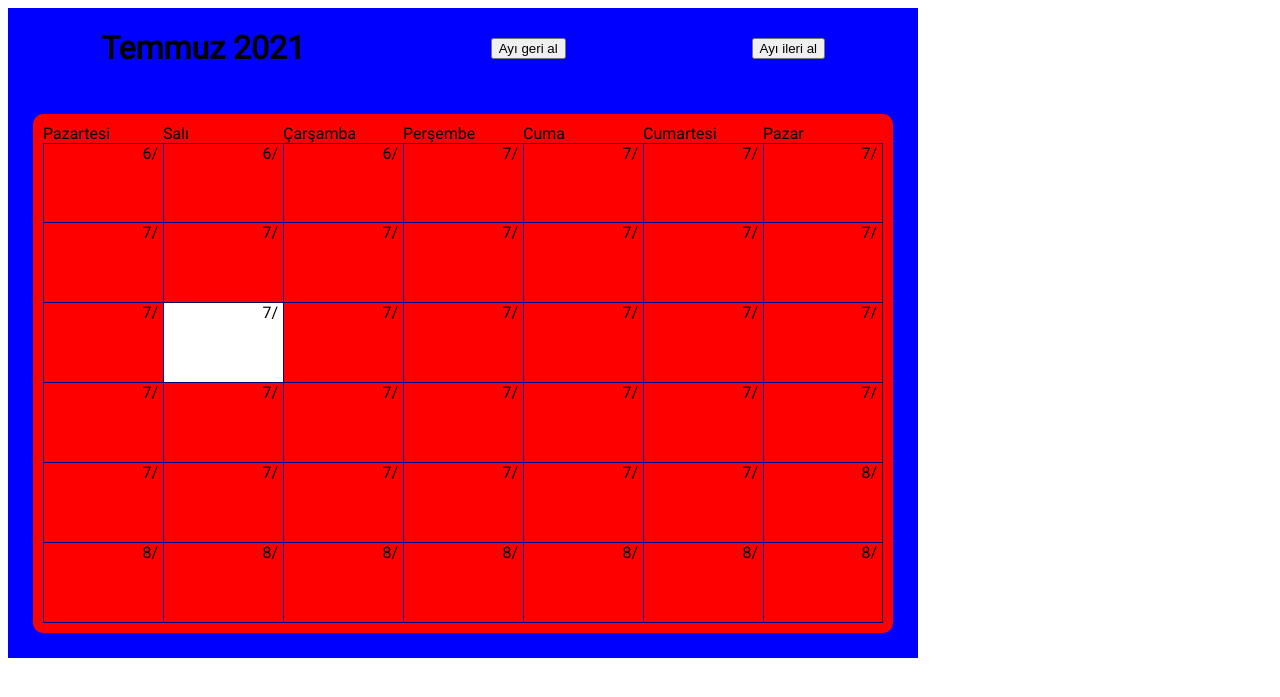
Repository: ahmetbugraozcan/javascript-calendar
Page: tablo.html
An editor plug-in stored every save of this project. The page is shown before and after the next save, followed by the edit.
The browser window is 1280 px wide. The pictures show the whole page.

Above is the page before, as saved 2021-07-13 12:04:36.

After the next save:
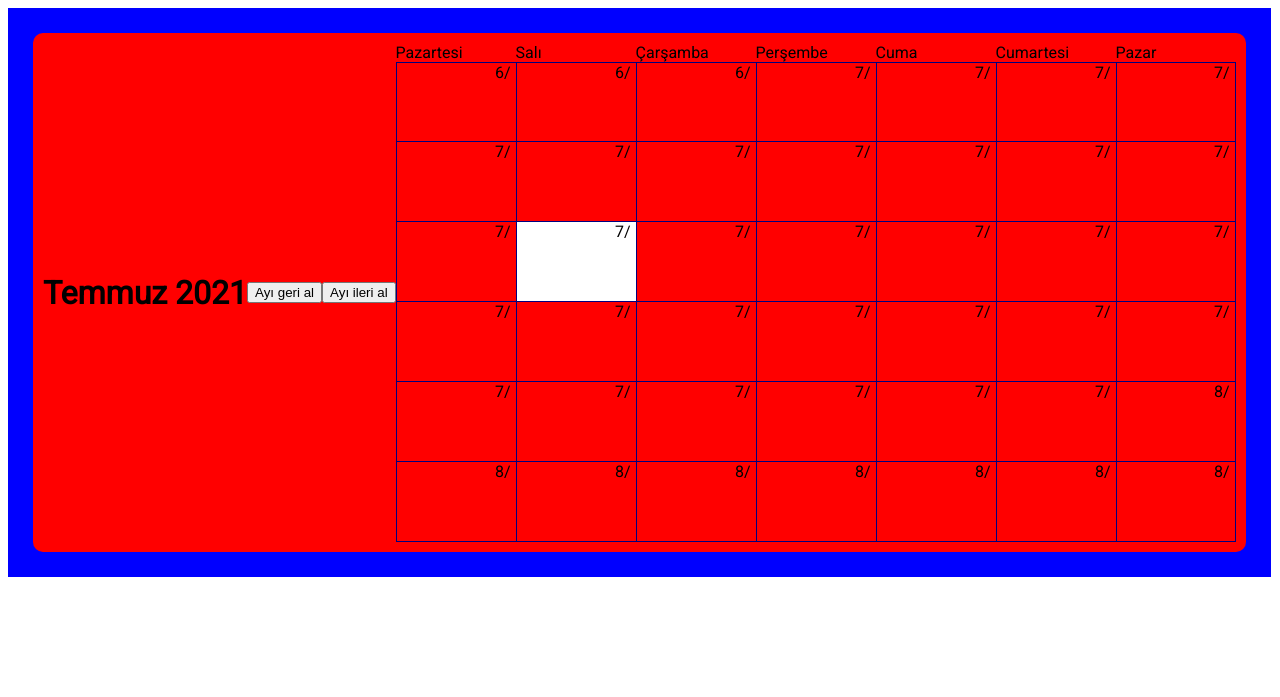
Saved 28 s later.
--- a/tablo.html
+++ b/tablo.html
@@ -76,12 +76,13 @@
 
     <div class="container">
 
-        <div class="test">
-            <h1 id="currentDate"></h1>
-            <span><button type="button" onclick="previousDate()">Ayı geri al</button></span>
-            <span><button type="button" onclick="nextDate()">Ayı ileri al</button></span>
-        </div>
+
         <div class="calendar">
+            <div class="test">
+                <h1 id="currentDate"></h1>
+                <span><button type="button" onclick="previousDate()">Ayı geri al</button></span>
+                <span><button type="button" onclick="nextDate()">Ayı ileri al</button></span>
+            </div>
             <div>
                 <div>Pazartesi</div>
                 <div class="cell-top" id="pazartesi0">1</div>
